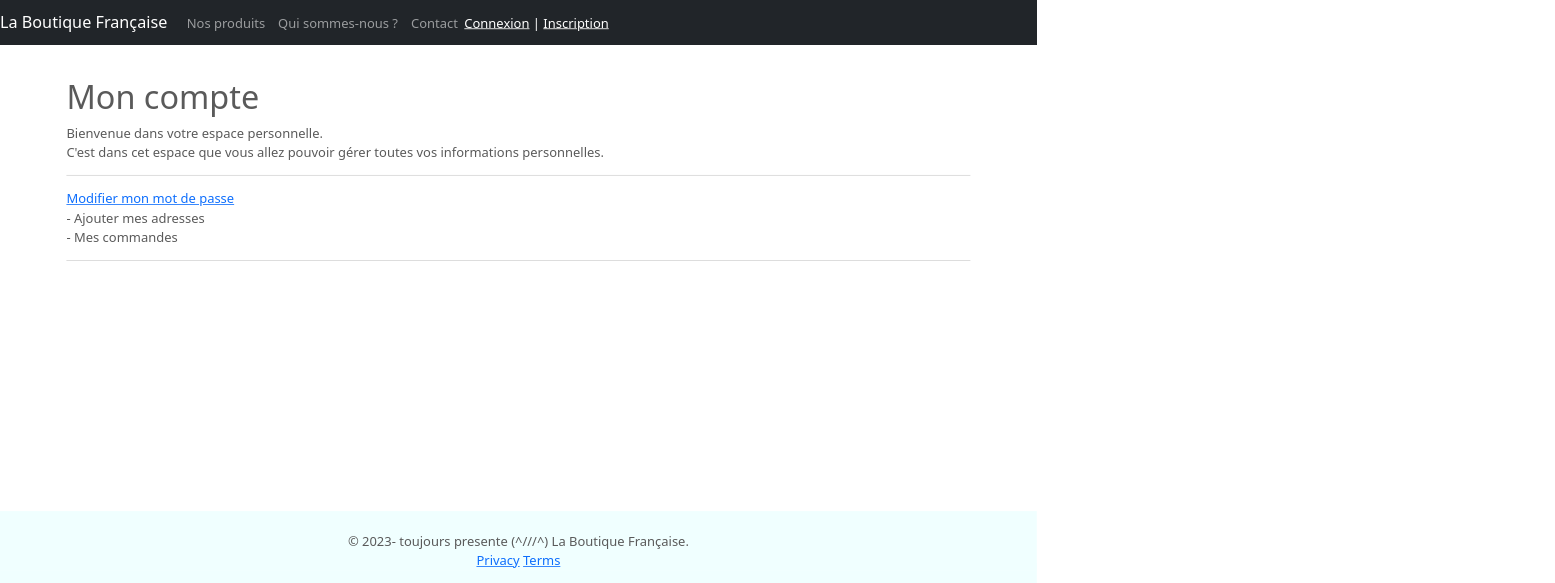
Repository: Coulibaly00180/laboutiquefrancaise
Page: templates/account/index.html.twig
An editor plug-in stored every save of this project. The page is shown before and after the next save, followed by the edit.
The browser window is 1280 px wide. The page is 1280 px wide, then 1920 px, then 1280 px, so the pictures cover 1920 px, including what lies to the right of the window. The pictures show the whole page, at 81% of full size.
The page is a Twig template of a Symfony application; nobody is signed in and links lead nowhere. The template is opened directly, without the code that normally fills it, so the values that code supplies are empty.

Above is the page before, as saved 2023-03-04 14:18:31.

### templates/account/index.html.twig
{% extends 'base.html.twig' %}

{% block title %}Mon compte - La Boutique Française{% endblock %}

{% block content %}
    <h1>Mon compte</h1>
    Bienvenue {{ app.user.firstName}} dans votre espace personnelle. <br>
    C'est dans cet espace que vous allez pouvoir gérer toutes vos informations personnelles.<br>
    <hr>
    <a href="{{ path('app_account_password') }}">Modifier mon mot de passe</a> <br>
    -   Ajouter mes adresses<br>
    -   Mes commandes<br>
    <hr>
{% endblock %}

### templates/base.html.twig
<!doctype html>
<html lang="fr">
<head>
    <meta charset="utf-8">
    <meta name="viewport" content="width=device-width, initial-scale=1, shrink-to-fit=no">
    <meta name="description" content="">
    <meta name="author" content="Coulibaly Abdoulaye Christian">
    <meta name="generator" content="Jekyll v4.1.1">
    <title>{% block title %}La Boutique Française - 100% Made in French{% endblock %}</title>

    <!-- Bootstrap core CSS -->
    <link href="{{ asset('assets/css/bootstrap.min.css') }}" rel="stylesheet">
    <link href="{{ asset('assets/css/style.css') }}" rel="stylesheet">

    <style>
        .bd-placeholder-img {
            font-size: 1.125rem;
            text-anchor: middle;
            -webkit-user-select: none;
            -moz-user-select: none;
            -ms-user-select: none;
            user-select: none;
        }

        @media (min-width: 768px) {
            .bd-placeholder-img-lg {
                font-size: 3.5rem;
            }
        }
    </style>
    <!-- Custom styles for this template -->
    <link href="{{ asset('assets/css/carousel.css') }}" rel="stylesheet">
</head>
<body>
    <header>
        <nav class="navbar navbar-expand-md navbar-dark fixed-top bg-dark">
            <a class="navbar-brand" href="{{path('app_home') }}">La Boutique Française</a>
            <button class="navbar-toggler" type="button" data-toggle="collapse" data-target="#navbarCollapse" aria-controls="navbarCollapse" aria-expanded="false" aria-label="Toggle navigation">
                <span class="navbar-toggler-icon"></span>
            </button>
            <div class="collapse navbar-collapse" id="navbarCollapse">
                <ul class="navbar-nav mr-auto">
                    <li class="nav-item active">
                        <a class="nav-link" href="#">Nos produits</a>
                    </li>
                    <li class="nav-item">
                        <a class="nav-link" href="#">Qui sommes-nous ?</a>
                    </li>
                    <li class="nav-item">
                        <a class="nav-link" href="#">Contact</a>
                    </li>
                </ul>

                <div class="navbar-item-custom">
                    {% if app.user %}
                        <a href=" {{path('app_account') }}">Mon compte <small>( {{app.user.lastName}} )</small></a> | <a href=" {{ path('app_logout') }}">Déconnexion</a>
                    {% else %}
                        <a href=" {{ path('app_login') }}">Connexion</a> | <a href="{{ path('app_register') }}">Inscription</a>
                    {% endif %}
                </div>

            </div>
        </nav>
    </header>

    <main role="main">

        {% if block('carousel') is defined %}

        <div id="myCarousel" class="carousel slide" data-ride="carousel">
            <ol class="carousel-indicators">
                <li data-target="#myCarousel" data-slide-to="0" class="active"></li>
                <li data-target="#myCarousel" data-slide-to="1"></li>
                <li data-target="#myCarousel" data-slide-to="2"></li>
            </ol>
            <div class="carousel-inner">
                <div class="carousel-item active">
                    <svg class="bd-placeholder-img" width="100%" height="100%" xmlns="http://www.w3.org/2000/svg" preserveAspectRatio="xMidYMid slice" focusable="false" role="img"><rect width="100%" height="100%" fill="#777"/></svg>
                    <div class="container">
                        <div class="carousel-caption text-left">
                            <h1>Example headline.</h1>
                            <p>Cras justo odio, dapibus ac facilisis in, egestas eget quam. Donec id elit non mi porta gravida at eget metus. Nullam id dolor id nibh ultricies vehicula ut id elit.</p>
                            <p><a class="btn btn-lg btn-primary" href="#" role="button">Sign up today</a></p>
                        </div>
                    </div>
                </div>
                <div class="carousel-item">
                    <svg class="bd-placeholder-img" width="100%" height="100%" xmlns="http://www.w3.org/2000/svg" preserveAspectRatio="xMidYMid slice" focusable="false" role="img"><rect width="100%" height="100%" fill="#777"/></svg>
                    <div class="container">
                        <div class="carousel-caption">
                            <h1>Another example headline.</h1>
                            <p>Cras justo odio, dapibus ac facilisis in, egestas eget quam. Donec id elit non mi porta gravida at eget metus. Nullam id dolor id nibh ultricies vehicula ut id elit.</p>
                            <p><a class="btn btn-lg btn-primary" href="#" role="button">Learn more</a></p>
                        </div>
                    </div>
                </div>
                <div class="carousel-item">
                    <svg class="bd-placeholder-img" width="100%" height="100%" xmlns="http://www.w3.org/2000/svg" preserveAspectRatio="xMidYMid slice" focusable="false" role="img"><rect width="100%" height="100%" fill="#777"/></svg>
                    <div class="container">
                        <div class="carousel-caption text-right">
                            <h1>One more for good measure.</h1>
                            <p>Cras justo odio, dapibus ac facilisis in, egestas eget quam. Donec id elit non mi porta gravida at eget metus. Nullam id dolor id nibh ultricies vehicula ut id elit.</p>
                            <p><a class="btn btn-lg btn-primary" href="#" role="button">Browse gallery</a></p>
                        </div>
                    </div>
                </div>
            </div>
            <a class="carousel-control-prev" href="#myCarousel" role="button" data-slide="prev">
                <span class="carousel-control-prev-icon" aria-hidden="true"></span>
                <span class="sr-only">Previous</span>
            </a>
            <a class="carousel-control-next" href="#myCarousel" role="button" data-slide="next">
                <span class="carousel-control-next-icon" aria-hidden="true"></span>
                <span class="sr-only">Next</span>
            </a>
        </div>

        {% endif %}


        <!-- Marketing messaging and featurettes
        ================================================== -->
        <!-- Wrap the rest of the page in another container to center all the content. -->

        <div class="container marketing {% if block('carousel') is not defined %} mt-5 {% endif %}">

            {% block content %}

            {% endblock %}

        </div><!-- /.container -->

        <!-- FOOTER -->
        <footer class="footer-custom">
            <p>&copy; 2023- toujours presente (^///^) La Boutique Française. <br>
                <a href="#">Privacy</a> <a href="#">Terms</a>
            </p>
        </footer>
    </main>
    <script src="https://code.jquery.com/jquery-3.5.1.slim.min.js"></script>
    <script src="{{ asset('assets/js/bootstrap.bundle.js') }}"></script>
</body>
</html>

### public/assets/css/style.css
.navbar-item-custom, .navbar-item-custom a{
    color: #fff;
}

.footer-custom, .footer-custom p{
    text-align: center;
    position: absolute;
    bottom: 0;
    width: 100%;
    background-color: azure;
    padding-top: 25px;
}

### public/assets/css/carousel.css
/* GLOBAL STYLES
-------------------------------------------------- */
/* Padding below the footer and lighter body text */

body {
    padding-top: 3rem;
    padding-bottom: 3rem;
    color: #5a5a5a;
}


/* CUSTOMIZE THE CAROUSEL
-------------------------------------------------- */

/* Carousel base class */
.carousel {
    margin-bottom: 4rem;
}
/* Since positioning the image, we need to help out the caption */
.carousel-caption {
    bottom: 3rem;
    z-index: 10;
}

/* Declare heights because of positioning of img element */
.carousel-item {
    height: 32rem;
}
.carousel-item > img {
    position: absolute;
    top: 0;
    left: 0;
    min-width: 100%;
    height: 32rem;
}


/* MARKETING CONTENT
-------------------------------------------------- */

/* Center align the text within the three columns below the carousel */
.marketing .col-lg-4 {
    margin-bottom: 1.5rem;
    text-align: center;
}
.marketing h2 {
    font-weight: 400;
}
.marketing .col-lg-4 p {
    margin-right: .75rem;
    margin-left: .75rem;
}


/* Featurettes
------------------------- */

.featurette-divider {
    margin: 5rem 0; /* Space out the Bootstrap <hr> more */
}

/* Thin out the marketing headings */
.featurette-heading {
    font-weight: 300;
    line-height: 1;
    letter-spacing: -.05rem;
}


/* RESPONSIVE CSS
-------------------------------------------------- */

@media (min-width: 40em) {
    /* Bump up size of carousel content */
    .carousel-caption p {
        margin-bottom: 1.25rem;
        font-size: 1.25rem;
        line-height: 1.4;
    }

    .featurette-heading {
        font-size: 50px;
    }
}

@media (min-width: 62em) {
    .featurette-heading {
        margin-top: 7rem;
    }
}

Loaded but not shown: public/assets/css/bootstrap.min.css (library); public/assets/js/bootstrap.bundle.js (library)

After the next save:
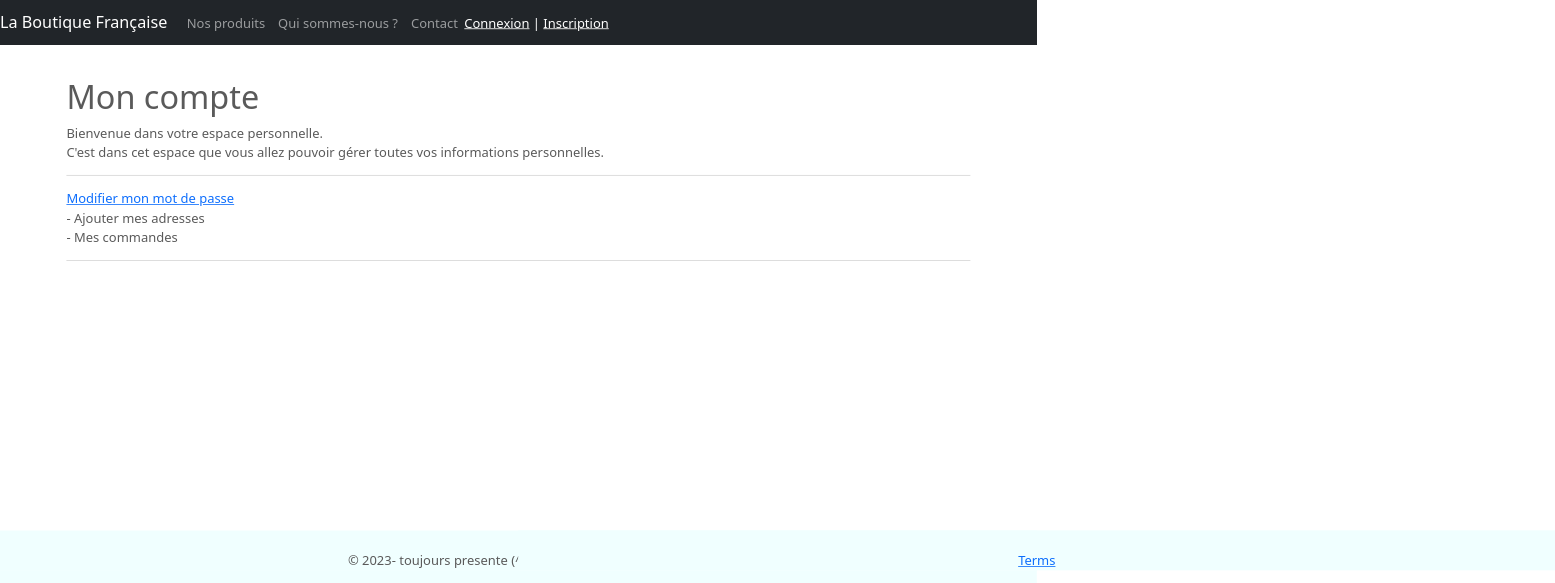
Saved 35 s later.
--- a/public/assets/css/style.css
+++ b/public/assets/css/style.css
@@ -2,7 +2,7 @@
     color: #fff;
 }
 
-.footer-custom, .footer-custom p{
+.footer-custom, .footer-custom p, .footer-custom a{
     text-align: center;
     position: absolute;
     bottom: 0;

After the save that followed:
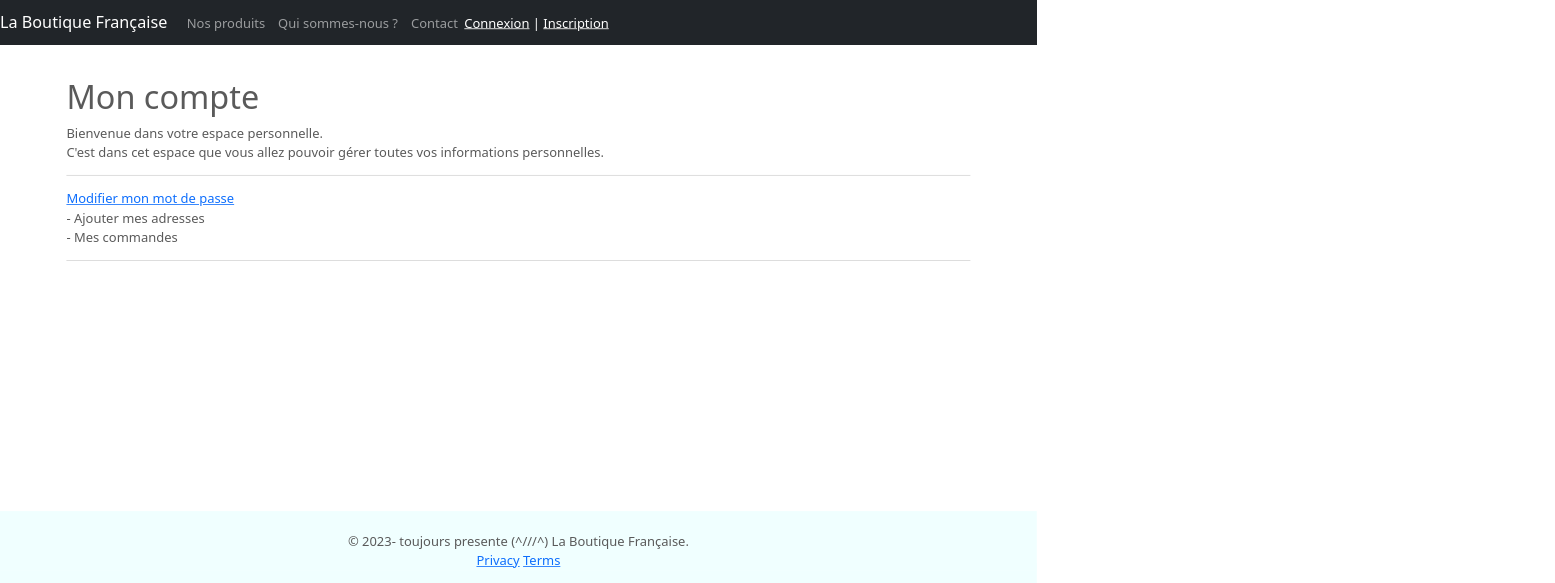
Saved 9 s later.
--- a/public/assets/css/style.css
+++ b/public/assets/css/style.css
@@ -2,7 +2,7 @@
     color: #fff;
 }
 
-.footer-custom, .footer-custom p, .footer-custom a{
+.footer-custom, .footer-custom p, .footer-custom footer{
     text-align: center;
     position: absolute;
     bottom: 0;
